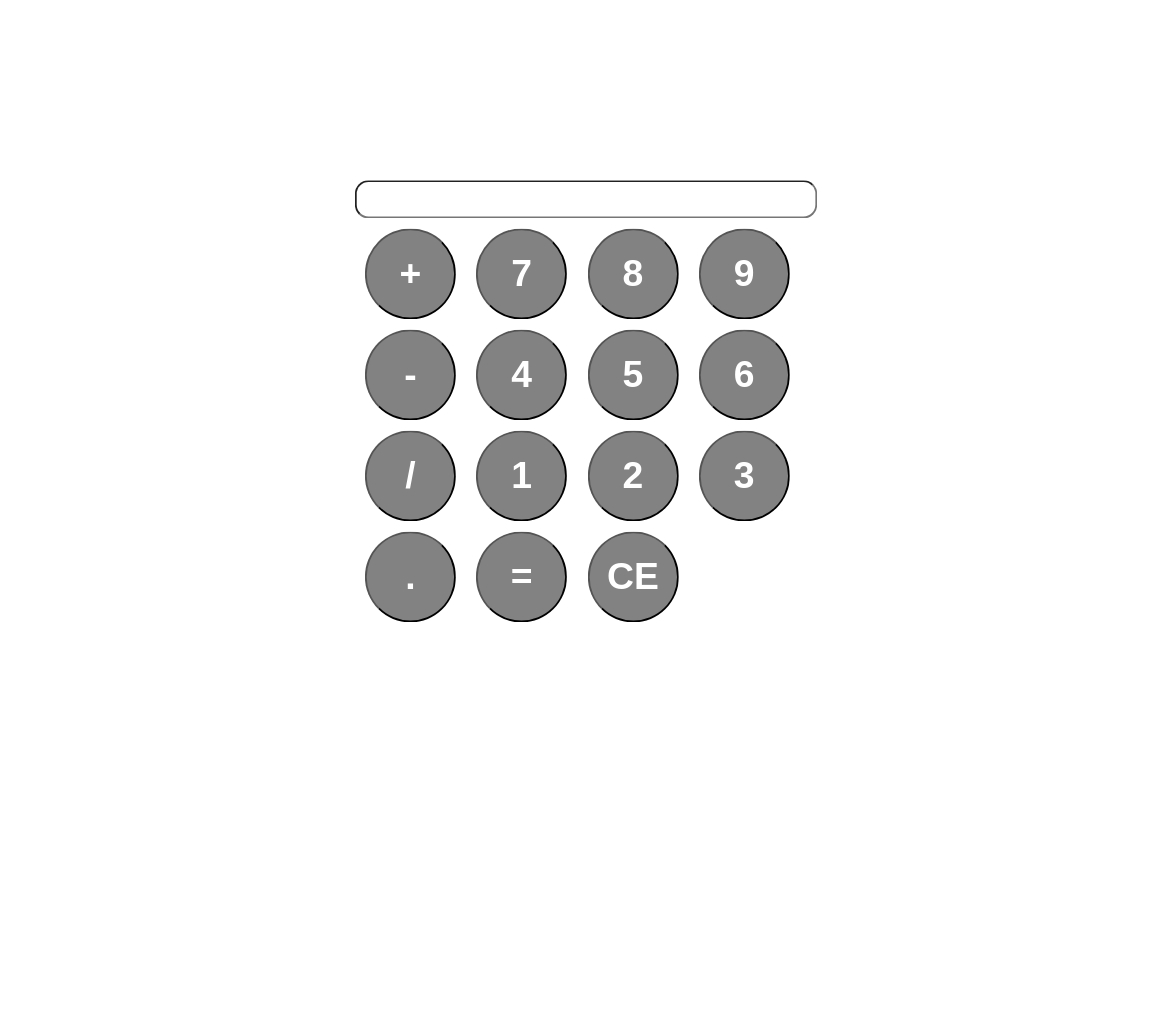
Repository: rkrukshan/JS-Calculator
Page: index.html
An editor plug-in stored every save of this project. The page is shown before and after the next save, followed by the edit.
The browser window is 1280 px wide. The pictures show the whole page, at 91% of full size.

Above is the page before, as saved 2024-09-02 13:34:53.

After the next save:
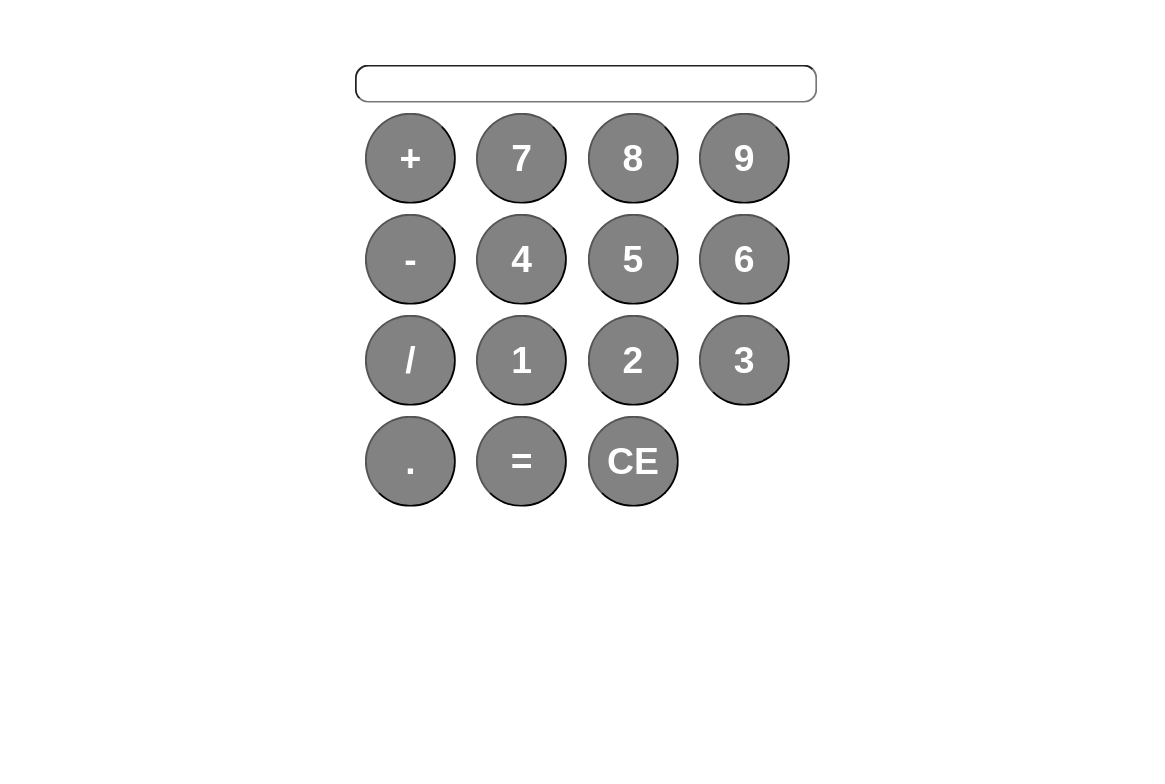
Saved 6 s later.
--- a/style.css
+++ b/style.css
@@ -6,7 +6,7 @@
   border: none;
   max-width: 500px;
   margin: auto;
-  padding: 15% 5px;
+  padding: 5% 5px;
 }
 #screen {
   width: 100%;
